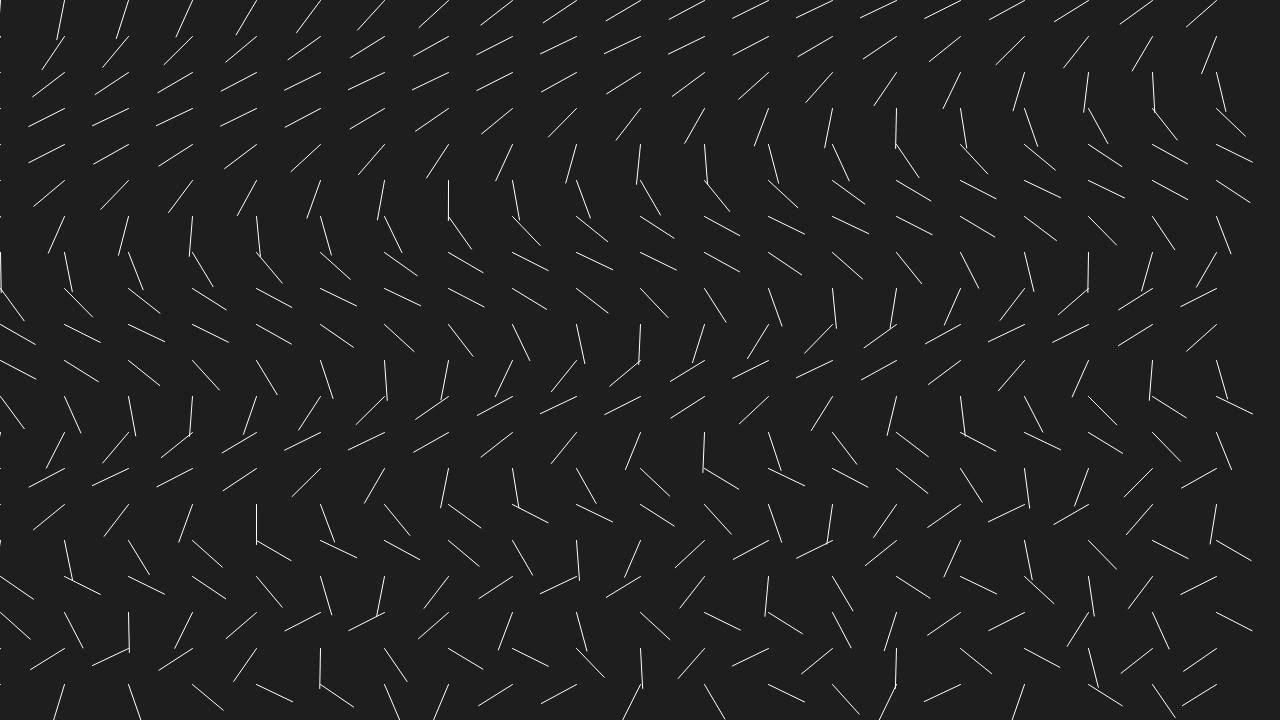
Repository: dylanreimer/electrocrafting
Page: projects/pendulum/index.html
These files come from the project's save history. The page is drawn as it stood at one moment and after the next save; the edit follows.
The browser window is 1280 px wide. The pictures show the whole page.

Above is the page before, as saved 2021-10-19 01:17:26.

### projects/pendulum/index.html
<!DOCTYPE html>
<html lang="en">
  <head>
    <meta charset="UTF-8" />
    <meta http-equiv="X-UA-Compatible" content="IE=edge" />
    <meta name="viewport" content="width=device-width, initial-scale=1.0" />
    <style>
      body {
      padding: 0;
      margin: 0;
    }
    </style>
    <title>pendulum</title>
      <script src="libs/p5.js"></script>
      <script src="libs/p5.dom.min.js"></script>
      <script src="libs/p5.sound.min.js"></script>
    </head>
  <body>
    <script src="sketch.js"></script>
    <script src="pendulum.js"></script>
  </body>
</html>

### projects/pendulum/sketch.js
const canvasWidth = window.innerWidth;
const canvasHeight = window.innerHeight;

let pendulums = [];

let cols = 20, rows = 20;


function preload() {

}

function setup() {
    createCanvas(canvasWidth, canvasHeight);

    pendulums = make2d(cols, rows);

    for(let i = 0; i < cols; i++) {
        for(let j = 0; j < rows; j++) {

          const xangle = map(mouseX, 0, width, -TWO_PI, TWO_PI);
          const yangle = map(mouseY, 0, height, -TWO_PI, TWO_PI);

          angle = (xangle * (i / width)*4) + (yangle * (j / height)*8);

          //console.log(angle);
          c = map(angle, -2, 2, 0, 50);

          pendulums[i][j] = new Pendulum(i*(canvasWidth/cols), j*(canvasHeight/rows), c/0.8);
        }
    }
}



function draw() {
    background(30);

    for(let i =0; i < cols; i++){
        for(let j = 0; j < rows; j++) {
            pendulums[i][j].render();
            pendulums[i][j].update();
        }
    }
}



function make2d(cols, rows) {
    let array = new Array(cols);
    for (let i = 0; i < array.length; i++) {
        array[i] = new Array(rows);
    }
    return array
}

### projects/pendulum/pendulum.js
class Pendulum {
    constructor(x, y, size, radius=40, velocity=0.001, color=[255, 255, 255]) {
        this.origin = {x: x, y: y};
        this.center = {x: x, y: y};
        this.lineStart = {x: x, y: y};
        this.size = size;
        this.swingRadius = radius;
        this.color = color;
        this.angle = PI/2;
        this.gravity = 0.19;
        this.damping = 0.9995;
        this.accel = 0;
        this.velocity = velocity;
    };

    update() {
        this.updateAngle();
        this.updatePosition();
    };

    render() {
        this.renderArm();
        this.renderWeight();
    };

    updateAngle() {
        this.accel = (-1 * this.gravity/this.size) * sin(this.angle);
        this.velocity += this.accel;
        this.velocity *= this.damping;
        this.angle += this.velocity;

        this.damping -= 0.00001
    };

    updatePosition() {
        this.center.x = sin(this.angle) * this.swingRadius + this.origin.x;
        this.center.y = cos(this.angle) * this.swingRadius + this.origin.y;
    };

    renderArm() {
        stroke(255);
        line(this.center.x, this.center.y, this.lineStart.x, this.lineStart.y);
    }

    renderWeight() {
        fill(this.color);
        ellipse(this.center.x, this.center.y, this.size);
    }


}

Loaded but not shown: projects/aframe/libraries/p5.js (library); projects/pendulum/libs/p5.dom.min.js (library); projects/pendulum/libs/p5.sound.min.js (library)

After the next save:
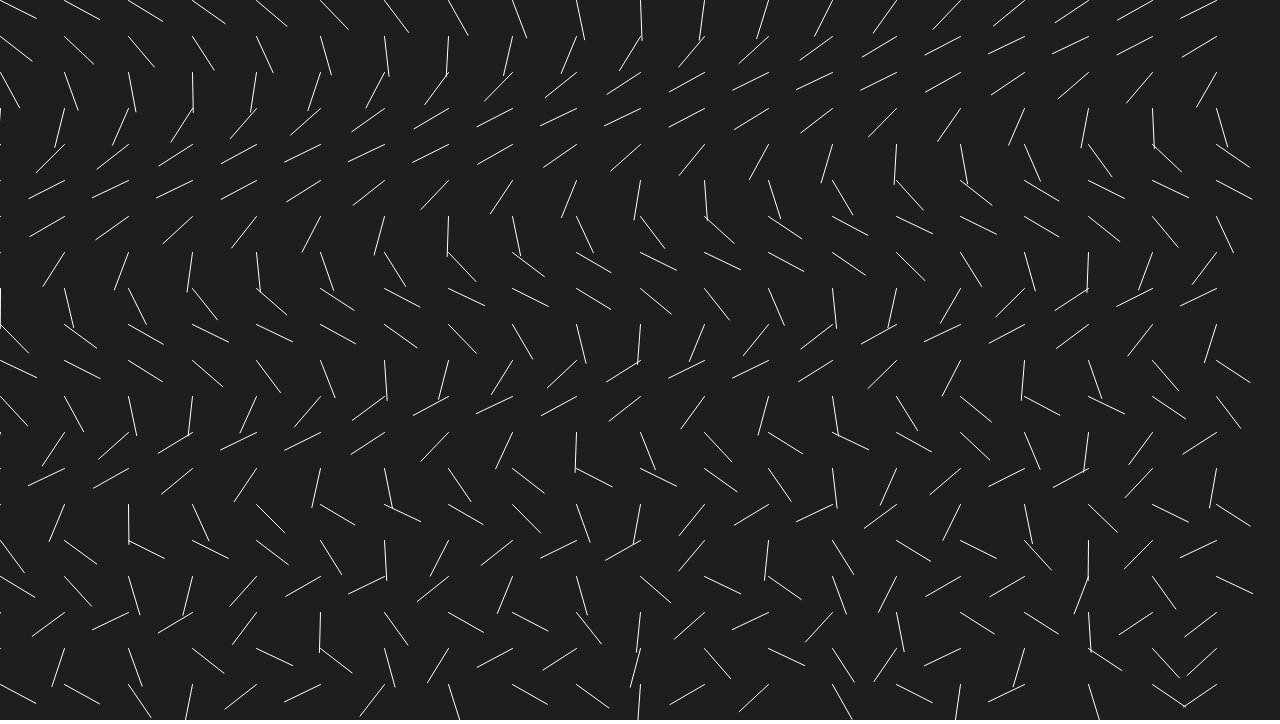
Saved 11 s later.
--- a/projects/pendulum/pendulum.js
+++ b/projects/pendulum/pendulum.js
@@ -7,7 +7,7 @@
         this.swingRadius = radius;
         this.color = color;
         this.angle = PI/2;
-        this.gravity = 0.19;
+        this.gravity = 0.29;
         this.damping = 0.9995;
         this.accel = 0;
         this.velocity = velocity;

After the save that followed:
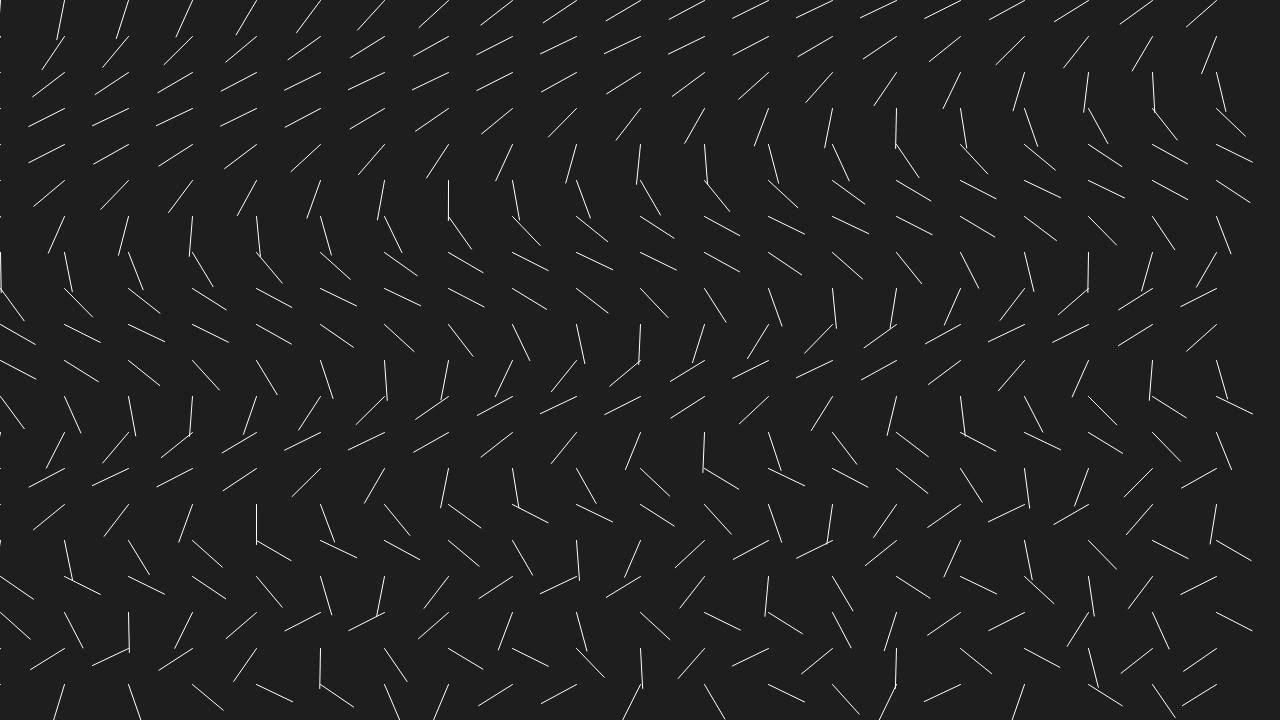
Saved 5 s later.
--- a/projects/pendulum/pendulum.js
+++ b/projects/pendulum/pendulum.js
@@ -7,7 +7,7 @@
         this.swingRadius = radius;
         this.color = color;
         this.angle = PI/2;
-        this.gravity = 0.29;
+        this.gravity = 0.19;
         this.damping = 0.9995;
         this.accel = 0;
         this.velocity = velocity;
